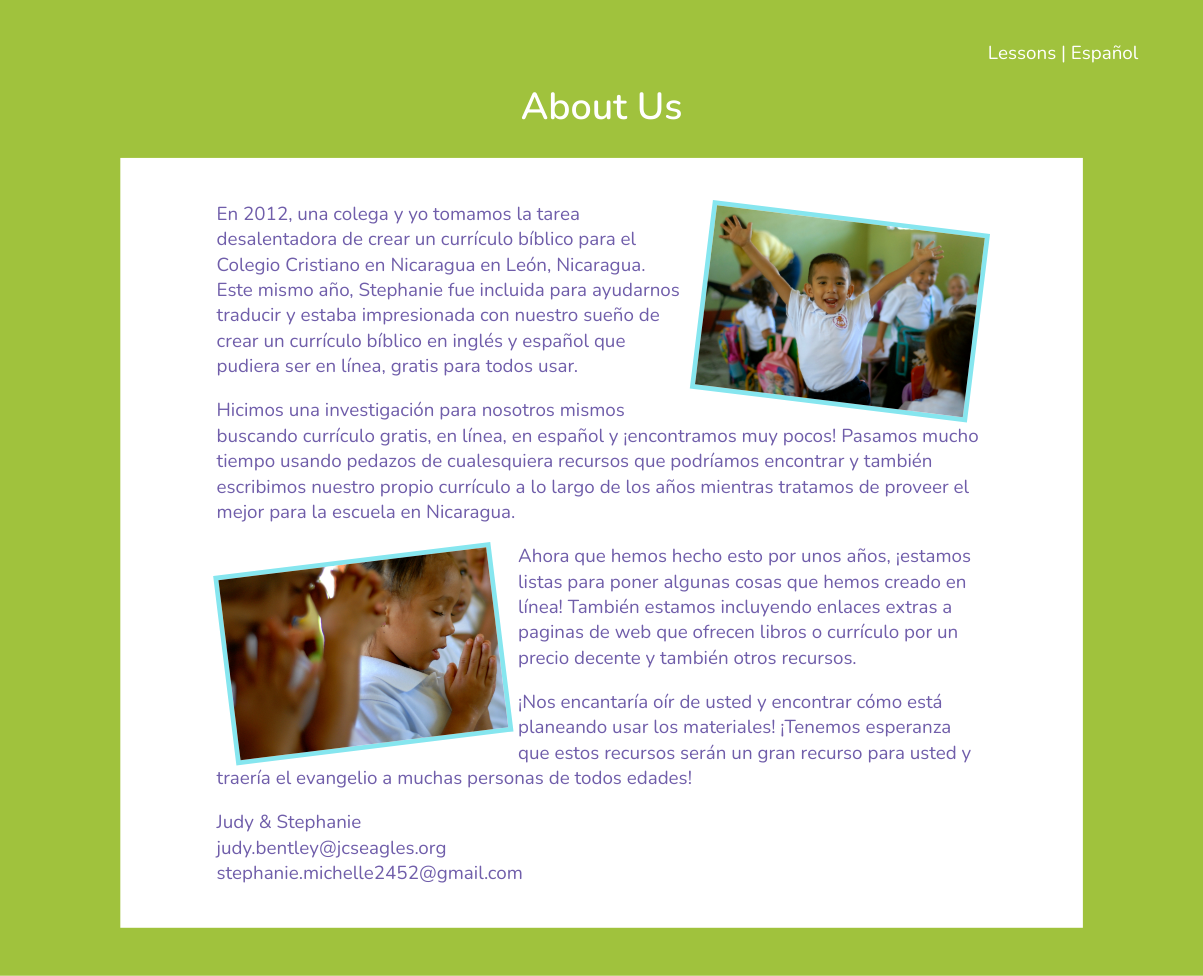
Repository: maliya241/Two-Languages-One-Message
Page: sobre.html
The author's editor kept a record of every edit. The page is drawn from the files as they stood at one moment, then again after the next edit.
The browser window is 1280 px wide. The pictures show the whole page, at 94% of full size.

Above is the page before.

### sobre.html
<!DOCTYPE html>
  <html>
    <head>
      <meta charset="utf-8">
      <title>Lessons &#124; Two Languages - One Message</title>
      <link rel="stylesheet" href="css/normalize.css">
      <link href="https://fonts.googleapis.com/css?family=Nunito:400,600" rel="stylesheet">
      <link rel="stylesheet" href="css/main.css">
      <link rel="stylesheet" href="css/responsive.css">
      <meta name="viewport" content="width=device-width, initial-scale=1.0">
      <link rel="icon" href="img/favicon.icon" type="image/x-icon">
      <meta name="description" content="Free Bible lessons in English and Spanish for all ages! We strive to provide fun, creative, and spiritually enriching Bible lessons for any English or Spanish speaker. We know that it is difficult to find free resources for Bible class, especially in Spanish! We are providing lessons for preschool age all the way up through adults in both languages that can be used in the school setting as well as Sunday school at church or in the home." />
      <meta name="keywords" content="Spanish, English, free, Bible, lessons, español, inglés" />
    </head>
    <body>
      <header>
        <nav>
          <a href="lessons.html">Lessons</a> &#124;
          <a href="sobre.html">Español</a>
        </nav>
        <br>
        <h1>About Us</h1>
      </header>
      <div class="wrapper">
        <div class="wrapperbackground">
          <div class="about1">
          <img id="kidsinclassroom" src="img/kidsinclassroom.jpg" alt="Kids in class at Nicaragua Christian School">
          <p class="aboutp">
            En 2012, una colega y yo tomamos la tarea desalentadora de crear un currículo bíblico para el Colegio Cristiano en Nicaragua en León, Nicaragua. Este mismo año, Stephanie fue incluida para ayudarnos traducir y estaba impresionada con nuestro sueño de crear un currículo bíblico en inglés y español que pudiera ser en línea, gratis para todos usar.
          </p>
          <p class="aboutp">
            Hicimos una investigación para nosotros mismos buscando currículo gratis, en línea, en español y ¡encontramos muy pocos! Pasamos mucho tiempo usando pedazos de cualesquiera recursos que podríamos encontrar y también escribimos nuestro propio currículo a lo largo de los años mientras tratamos de proveer el mejor para la escuela en Nicaragua.
          </p>
          </div>
          <div class="about2">
            <img id="kidspraying" src="img/kidspraying.jpg" alt="Kids praying">
            <p class="aboutp">
              Ahora que hemos hecho esto por unos años, ¡estamos listas para poner algunas cosas que hemos creado en línea! También estamos incluyendo enlaces extras a paginas de web que ofrecen libros o currículo por un precio decente y también otros recursos.
            </p>
            <p class="aboutp">
              ¡Nos encantaría oír de usted y encontrar cómo está planeando usar los materiales! ¡Tenemos esperanza que estos recursos serán un gran recurso para usted y traería el evangelio a muchas personas de todos edades!
            </p>
          </div>
          <p class="aboutp">
            Judy & Stephanie <br>
            <a href="mailto:Judy.bentley@jcseagles.org" class="aboutpemail aboutp">judy.bentley@jcseagles.org</a><br>
            <a href="mailto:stephanie.michelle2452@gmail.com" class="aboutp">stephanie.michelle2452@gmail.com</a>
          </p>
        </div>
      </div>
    </body>
  </html>

### css/main.css
  *, button{
    font-family: 'Nunito', sans-serif;
  }

  .wrapper {
    max-width: 100%;
    margin: 0 auto;
    padding: 0 10%;
  }

  a {
    text-decoration: none;
    color: #FFF;
  }

  a:hover {
    text-decoration: underline;
  }

  h1, p {
    color: #FFF;
  }

  h1 {
    font-size: 2.5em;
    /*color: #A0C23D;*/
    text-align: center;
  }

  h2 {
    font-size: 1.75em;
    font-weight: bold;
    color: #705EAA;
  }

  p, nav {
    font-size: 1.25em;
  }

  li {
    list-style: none;
    width: 100%;
  }

  img {
    width: 100%;
  }

  header img {
    width: 50%;
    clear: both;
    display: block;
    margin-left: auto;
    margin-right: auto;
  }

/**********
Index Page
**********/
  .espanol h2, .english h2 {
    font-size: 1.75em;
    font-weight: bold;
    color: #FFF;
  }

  .outer-left {
    display: table;
    position: absolute;
    height: 50%;
    width: 90%;
    padding: 5%;
    top: 0;
    left: 0;
    background-color: #705EAA;
  }

  .outer-right {
    display: table;
    position: absolute;
    height: 50%;
    width: 90%;
    padding: 5%;
    bottom: 0;
    right: 0;
    background-color: #A0C23D;
    color: #FFF;
  }

  .middle {
    display: table-cell;
    vertical-align: middle;
  }

  .inner, .english, .espanol {
    margin-left: auto;
    margin-right: auto;
    text-align: center;
  }

  .indexbutton {
    background-color: #F68E1C;
    border: 2px solid #FFF;
    border-radius: 12px;
    color: #FFF;
    padding: 15px 32px;
    text-align: center;
    text-decoration: none;
    display: inline-block;
    font-size: 16px;
    margin: 4px 2px;
    cursor: pointer;
    -webkit-transition-duration: 0.4s; /* Safari */
    transition-duration: 0.4s;
  }

  .indexbutton:hover {
    background-color: #FFF;
    color: #F68E1C;
    border-color: #F68E1C;
  }

/**********
Web Pages
**********/
  nav {
    position: relative;
    float: right;
    margin: 5px 5px 0 0;
    font-family: 'Nunito', sans-serif;
    color: #fff;
  }

  body {
    background-color: #A0C23D;
    /*background-image: url("../img/LightBiblesBackground.png");*/
  }

  header {
    padding: 3% 5% 0 5%;
  }

  .otherresources {
    text-align: left;
    background-color: #F68E1C;
    padding: 2.5%;
  }

  .websitedescription {
    background-color: #F68E1C;
    padding: 2.5%;
    margin: 5px 0;
  }

  .wrapperbackground {
    background-color: #FFF;
    padding: 2.5% 10%;
    margin-bottom: 5%;
  }

  .lessonbutton {
    background-color: #705EAA;
    border: none;
    color: #86E6EF;
    width: 100%;
    padding: 15px 32px;
    margin-bottom: 5px;
    text-align: left;
    text-decoration: none;
    display: inline-block;
    font-size: 1.25em;
    cursor: pointer;
    -webkit-transition-duration: 0.4s; /* Safari */
    transition-duration: 0.4s;
  }

  .lessonbutton:hover {
    background-color: #86E6EF;
    color: #705EAA;
  }

/*Lesson Dropdown*/

  .lessondropdown {
    margin: 0;
    padding: 0;
    list-style: none;
    display: none;
  }

  .lessondropdown li {
    float: left;
    width: 45%;
    margin: 1.25%;
    background-color: #86E6EF;
    border: 5px solid #86E6EF;
    color: #fff;
  }

  .lessondropdown .caption {
    text-align: center;
    margin: 0;
    padding: 1%;
    color: #FFF;
    font-size: 1.25em;
    font-weight: normal;
  }

  canvas {
    width: 100%;
  }

  div {
    clear: both;
  }

  .lessondropdown .lessondescriptionli {
    margin: 0 1.25%;
    width: 97.5%;
    display:inline-block;
    clear:right;
    border: none;
  }

  .lessondescription {
    padding: 0 0.5em;
    margin: 0.5em 0;
  }

  /*About Pages*/
  .aboutp {
    color: #705EAA;
  }

  #kidspraying, #kidsinclassroom {
    border: 5px solid #F68E1C;
  }

### css/responsive.css
@media screen and (max-width: 500px) {
  .lessondropdown li {
    float: left;
    width: 90%;
    margin: 1.75%;
    clear: both;
  }
}

@media screen and (min-width: 501px) {
  .lessondropdown li {
    float: left;
    width: 45%;
    margin: .5%;
  }

  .outer-left {
    display: table;
    position: absolute;
    height: 100%;
    width: 40%;
    padding: 5%;
    left: 0;
    background-color: #705EAA;
  }

  .outer-right {
    display: table;
    position: absolute;
    height: 100%;
    width: 40%;
    padding: 5%;
    right: 0;
    background-color: #A0C23D;
    color: #FFF;
  }

  .middle {
    display: table-cell;
    vertical-align: middle;
  }

  .inner, .english, .espanol {
    margin-left: auto;
    margin-right: auto;
    text-align: center;
  }
}

@media screen and (min-width: 700px) {
  .about1 p {
    word-wrap: break-word;
  }

  #kidsinclassroom {
    float: right;
    width: 35%;
    margin: 1em 0.5em 0.5em 1em;
    border: 5px solid #86E6EF;
    -ms-transform: rotate(7deg); /* IE 9 */
    -webkit-transform: rotate(7deg); /* Safari 3-8 */
    transform: rotate(7deg);
  }

  .about2 {
    word-wrap: break-word;
  }

  #kidspraying {
    float: left;
    width: 35%;
    margin: 1em 1em 0.5em 0.5em;
    border: 5px solid #86E6EF;
    -ms-transform: rotate(353deg); /* IE 9 */
    -webkit-transform: rotate(353deg); /* Safari 3-8 */
    transform: rotate(353deg);
  }
}


@media screen and (min-width: 800px) {
  .lessondropdown li {
    float: left;
    width: 20%;
    margin: 1.5%;
  }
}

@media screen and (min-width: 1060px) {
  .lessondropdown li {
    float: left;
    width: 20%;
    margin: 1.75%;
  }
}

Loaded but not shown: css/normalize.css (library)

After the next edit:
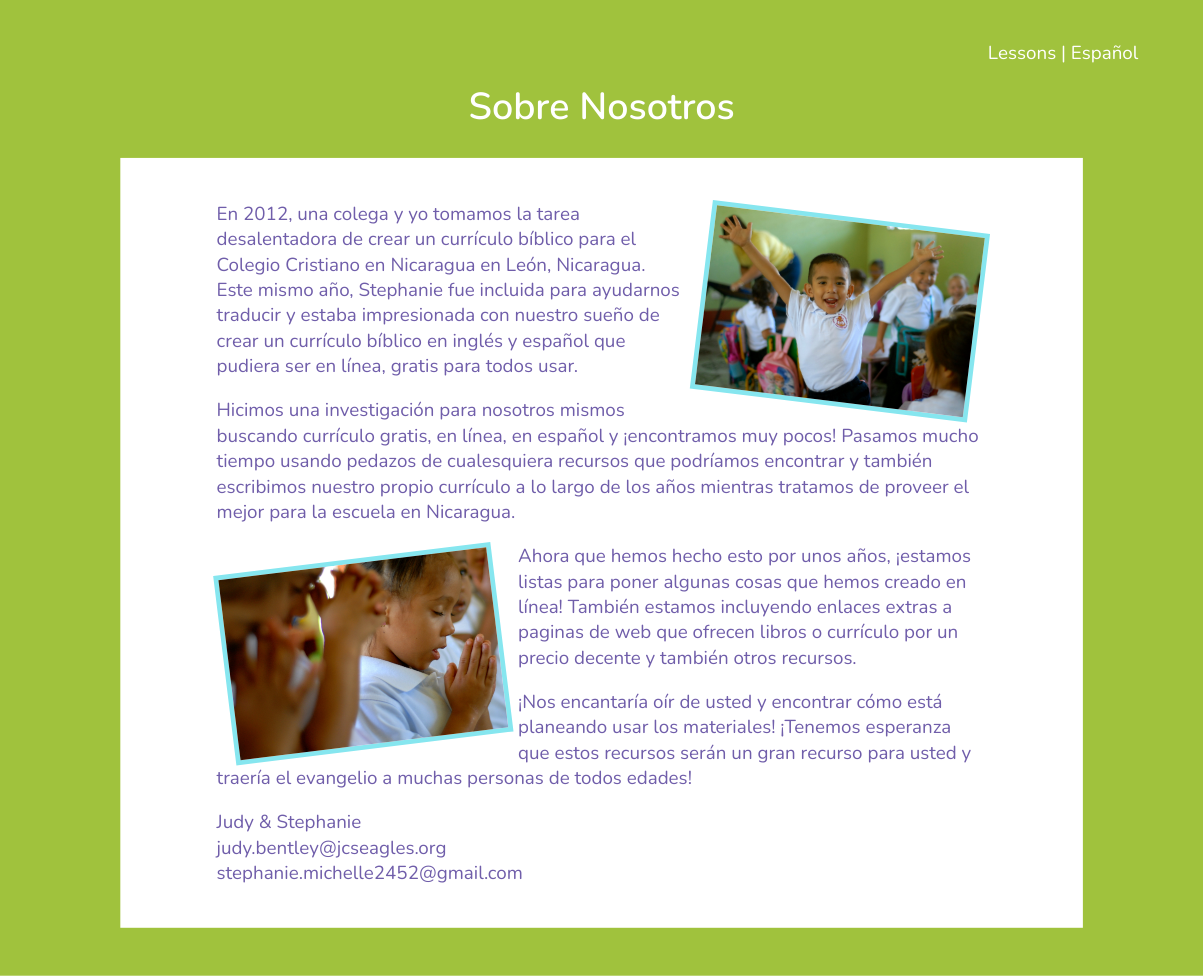
The edit:
--- a/sobre.html
+++ b/sobre.html
@@ -19,7 +19,7 @@
           <a href="sobre.html">Español</a>
         </nav>
         <br>
-        <h1>About Us</h1>
+        <h1>Sobre Nosotros</h1>
       </header>
       <div class="wrapper">
         <div class="wrapperbackground">
